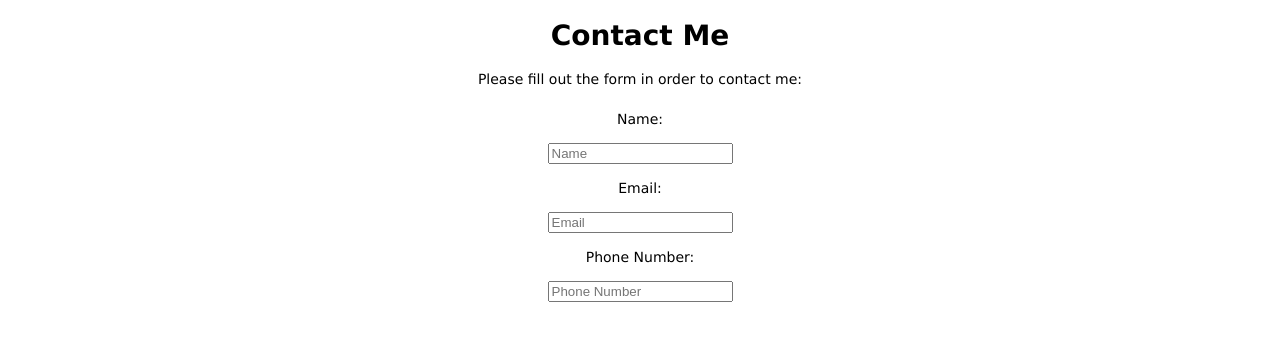
Repository: JanakanS95/COMP-229-Assignment-1
Page: http://localhost/contact
These files come from the project's save history. The page is drawn as it stood at one moment and after the next save; the edit follows.
The browser window is 1280 px wide. The pictures show the whole page.
The page is served by the project's Node server (app.js). Other server files are loaded and not shown.

Above is the page before, as saved 2021-06-04 06:45:14.

### views/contact.ejs
<!DOCTYPE html>
<html lang="en">
<head>
    <meta charset="UTF-8">
    <meta http-equiv="X-UA-Compatible" content="IE=edge">
    <meta name="viewport" content="width=device-width, initial-scale=1.0">
    <title><%= title %></title>
    <link rel='stylesheet' href='/Content/contact.css' />
</head>
<body>
    <h1><%= title %></h1>
    <p>Please fill out the form in order to contact me:
    <div class = 'container'>
        <form>
            <label>Name:</label>
            <br>
            <input id='name' placeholder='Name' type='text'>
            <br>
            <label>Email:</label>
            <br>
            <input id='email' placeholder='Email' type='email'>
            <br>
            <label>Phone Number:</label>
            <br>
            <input id='phone' placeholder='Phone Number' type='tel'>
            <br>
        </form>
    </div>
</body>
</html>

### app.js
let createError = require('http-errors');
let express = require('express');
let path = require('path');
let cookieParser = require('cookie-parser');
let logger = require('morgan');

let indexRouter = require('./routes/index');
let usersRouter = require('./routes/users');

let app = express();

// view engine setup
app.set('views', path.join(__dirname, 'views'));
app.set('view engine', 'ejs');

app.use(logger('dev'));
app.use(express.json());
app.use(express.urlencoded({ extended: false }));
app.use(cookieParser());
app.use(express.static(path.join(__dirname, 'public')));

app.use('/', indexRouter);
app.use('/users', usersRouter);

// catch 404 and forward to error handler
app.use(function(req, res, next) {
  next(createError(404));
});

// error handler
app.use(function(err, req, res, next) {
  // set locals, only providing error in development
  res.locals.message = err.message;
  res.locals.error = req.app.get('env') === 'development' ? err : {};

  // render the error page
  res.status(err.status || 500);
  res.render('error');
});

module.exports = app;

### routes/index.js
var express = require('express');
var router = express.Router();

/* GET home page. */
router.get('/', function(req, res, next) {
  res.render('index', { title: 'Janakan Sivananthan' });
});

/* GET home page. */
router.get('/home', function(req, res, next) {
  res.render('index', { title: 'Janakan Sivananthan' });
});

/* GET About me page. */
router.get('/about', function(req, res, next) {
  res.render('about', { title: 'About Me' });
});

/* GET Projects page. */
router.get('/projects', function(req, res, next) {
  res.render('projects', { title: 'Projects' });
});

/* GET Service page. */
router.get('/services', function(req, res, next) {
  res.render('services', { title: 'Services' });
});

/* GET Contact Me page. */
router.get('/contact', function(req, res, next) {
  res.render('contact', { title: 'Contact Me' });
});

module.exports = router;

### public/Content/contact.css
body {
    font: 14px "Lucida Grande", Helvetica, Arial, sans-serif;
  }

  h1, p {
    text-align : center;
  }

  .container{
      margin : auto;
      width : 50%;
      padding : 10px;
      border : 1px black;
  }

  .container label{
      display : block;
      text-align: center;
  }

  .container input{
      display : block;
      margin: auto;
  }

After the next save:
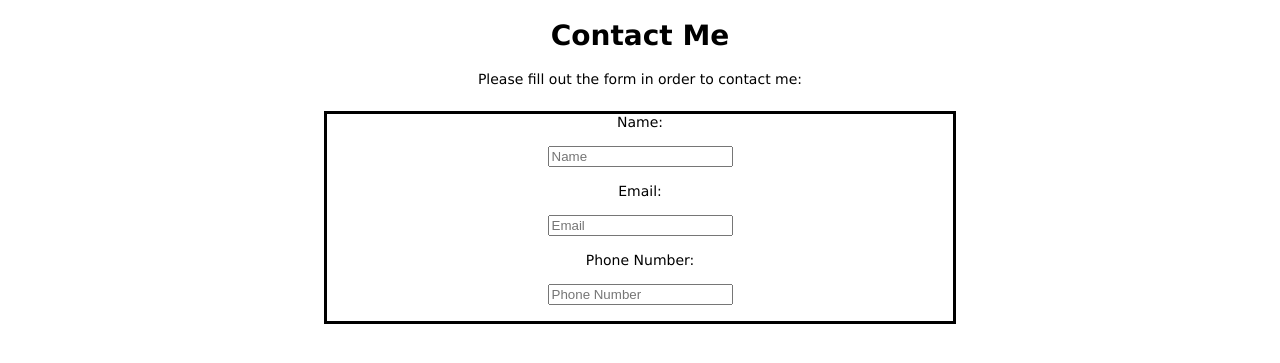
Saved 75 s later.
--- a/public/Content/contact.css
+++ b/public/Content/contact.css
@@ -10,9 +10,11 @@ body {
       margin : auto;
       width : 50%;
       padding : 10px;
-      border : 1px black;
   }
 
+  .container form{
+    border : solid;
+  }
   .container label{
       display : block;
       text-align: center;
